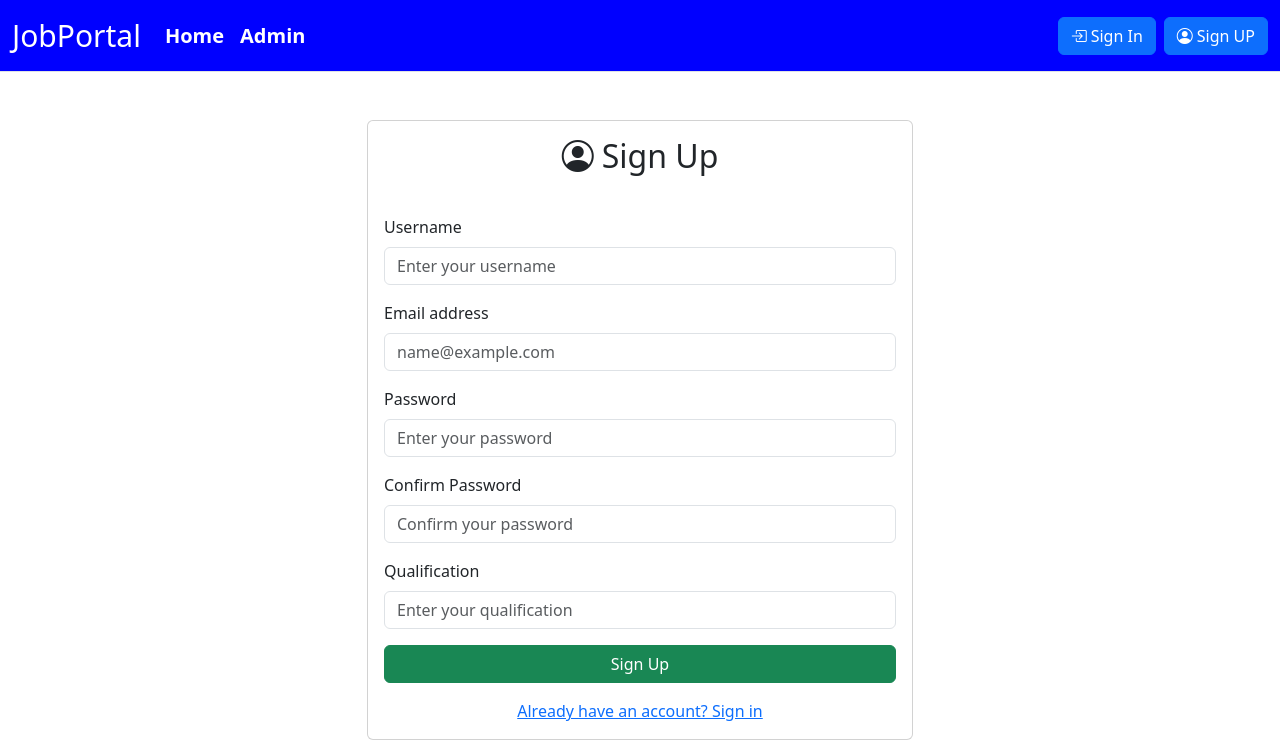
Repository: smruti12344/Job_Portal
Page: http://localhost/Job_portal/signup.jsp
An editor plug-in stored every save of this project. The page is shown before and after the next save, followed by the edit.
The browser window is 1280 px wide. The pictures show the whole page.
The page is served by Tomcat 9. The template is opened directly, without the code that normally fills it, so the values that code supplies are empty.

Above is the page before, as saved 2024-04-18 07:28:00.

After the next save:
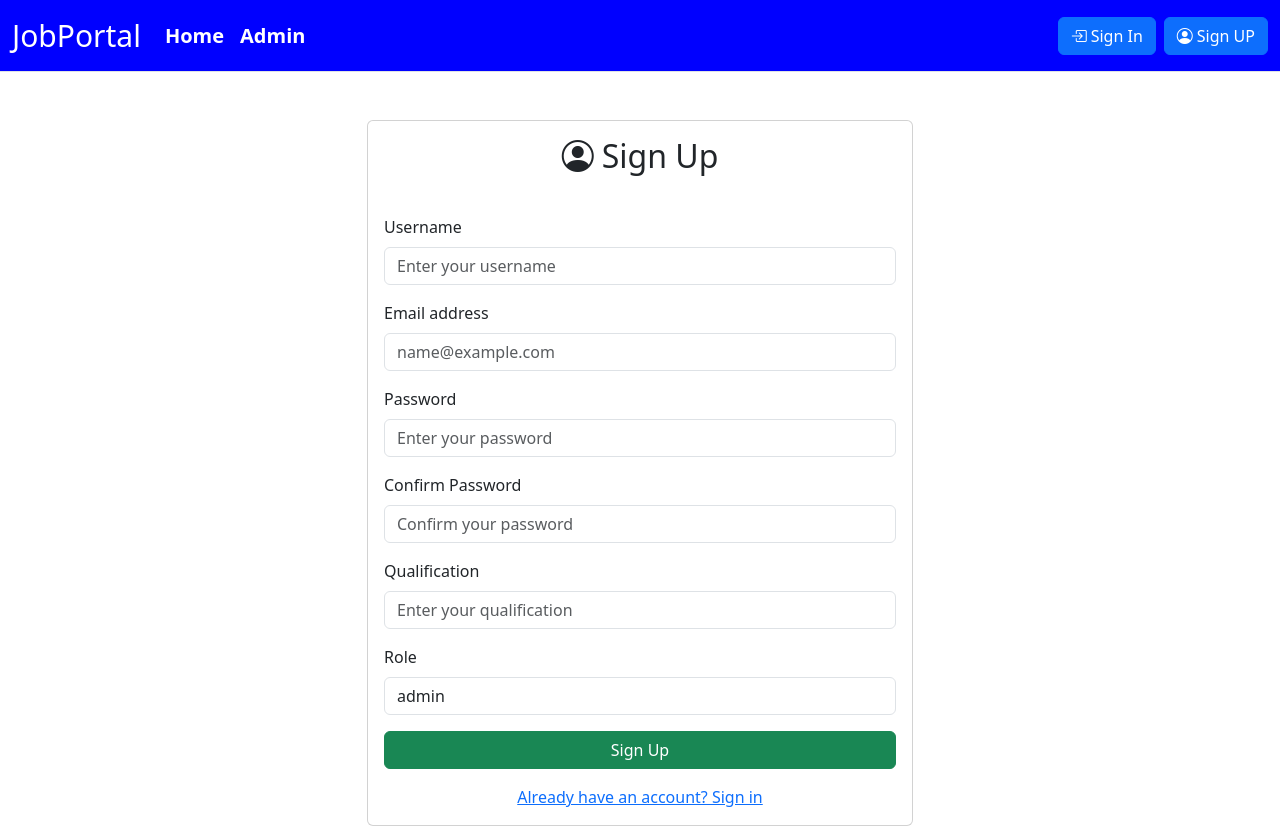
Saved 19 min 38 s later.
--- a/Job_portal/src/main/webapp/signup.jsp
+++ b/Job_portal/src/main/webapp/signup.jsp
@@ -46,6 +46,13 @@
                             <label for="qualification" class="form-label">Qualification</label>
                             <input type="text" class="form-control" id="qualification" name="qualification" placeholder="Enter your qualification" required>
                         </div>
+                        <div class="mb-3">
+                            <label for="qualification" class="form-label">Role</label>
+                            <select  class="form-control" id="role" name="role" placeholder="Select role" required>
+                             <option value="admin">admin</option>
+                             <option value="user">user</option>
+                            </select>
+                        </div>
                         <button type="submit" class="btn btn-success w-100">Sign Up</button>
                         <div class="text-center mt-3">
                             <a href="signin.jsp">Already have an account? Sign in</a>
